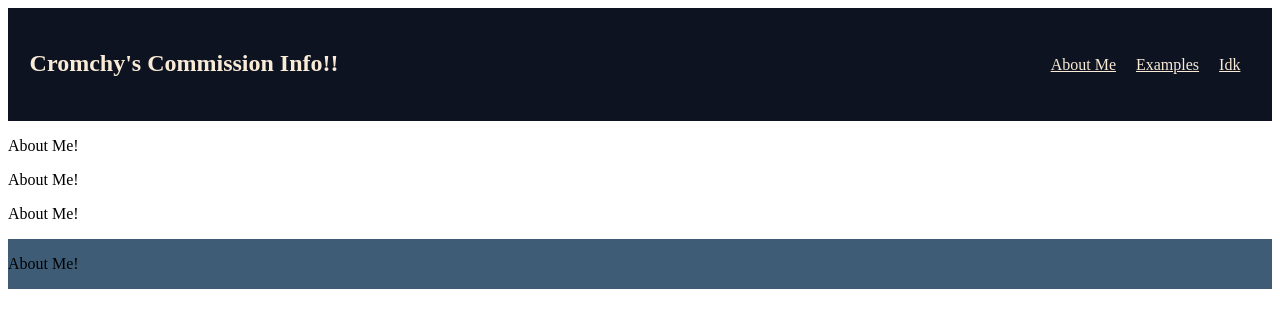
Repository: crackaLack1n/Cromchys_Commission_Site
Page: /
These files come from the project's save history. The page is drawn as it stood at one moment and after the next save; the edit follows.
The browser window is 1280 px wide. The pictures show the whole page.
The project was rebuilt for these pictures with package versions that can differ from the ones it lists, and the page was loaded fresh each time. The framework's server and built-in components were replaced by stand-ins that run in the browser. Also part of the build but not shown: next.config.mjs.

Above is the page before, as saved 2024-06-11 12:09:25.

### pages/index.js
import Head from "next/head";
import Header from "@/Components/Header";
import Image from "next/image";
import styles from "@/styles/Home.module.css";


export default function Home() {
  return (
    <>
      <Head>
        <title>Create Next App</title>
        <meta name="description" content="Generated by create next app" />
        <meta name="viewport" content="width=device-width, initial-scale=1" />
        <link rel="icon" href="/favicon.ico" />
      </Head>

      <Header/>
      <main className={`${styles.main}`}>
        <div className={styles.container}>
          <div className={styles.contentLeft}>
            <p>About Me!</p>
            <p>About Me!</p>
            <p>About Me!</p>
          </div>
          <div className={styles.contentRight}>
          <p>About Me!</p>
          </div>
        </div>
      </main>
    </>
  );
}

### Components/Header/index.js
import Link from "next/link"
import style from './header.module.css';
export default function Header() {
  return (
    <>
      <div className={style.main}>
        <h2>Cromchy's Commission Info!!</h2>
        <nav className={style.nav}>
          <ul className={style.buttons}>
            <li><Link href={`/`}>About Me</Link></li>
            <li><Link href={`/Examples`}>Examples</Link></li>
            <li><Link href={`/Idk`}>Idk</Link></li>
          </ul>
        </nav>
      </div>
    </>
  )
}

### styles/Home.module.css
.main {
  display: flex;
  flex-direction: column;
  min-height: 20vh;
}

.container {
 display: grid;
 grid-template-columns:1fr;
}

.contentLeft {
  width: 50vh;
}

.contentRight {
  background-color: #3E5C76;
  width: 100%;
}

/* Mobile */
@media (max-width: 700px) {
  .content {
    padding: 4rem;
  }

  .grid {
    grid-template-columns: 1fr;
    margin-bottom: 120px;
    max-width: 320px;
    text-align: center;
  }

}

/* Tablet and Smaller Desktop */
@media (min-width: 701px) and (max-width: 1120px) {
  .grid {
    grid-template-columns: repeat(2, 50%);
  }
}

### Components/Header/header.module.css
.main {
  display: flex;
  justify-content: space-between;
  padding: 3vh;
  background-color: #0D1321;
  color: antiquewhite;
}


.nav {
justify-content: end;

}

.buttons {
  display: flex;

}

.buttons li {
  padding: 10px;
  list-style-type: none;
  color: antiquewhite;
}

.buttons a {
  color: antiquewhite;
}

Loaded but not shown: pages/_app.js (common file); pages/_document.js (common file); styles/globals.css (common file)

After the next save:
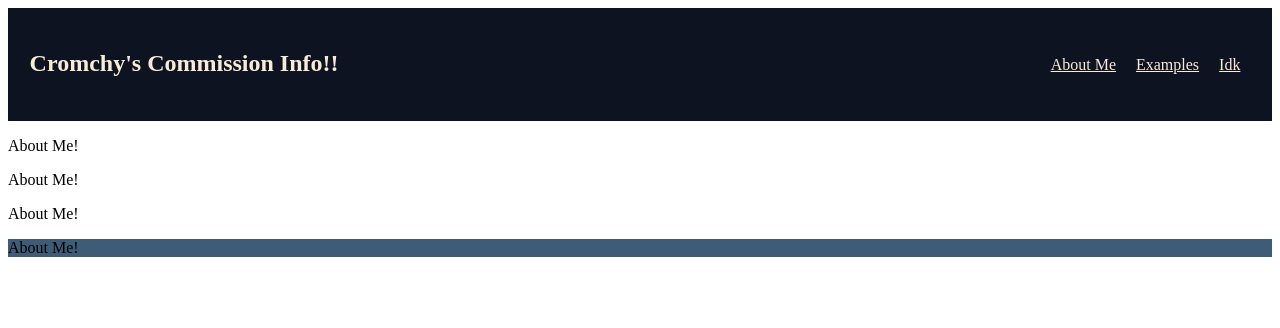
Saved 17 s later.
--- a/styles/Home.module.css
+++ b/styles/Home.module.css
@@ -5,8 +5,7 @@
 }
 
 .container {
- display: grid;
- grid-template-columns:1fr;
+
 }
 
 .contentLeft {
